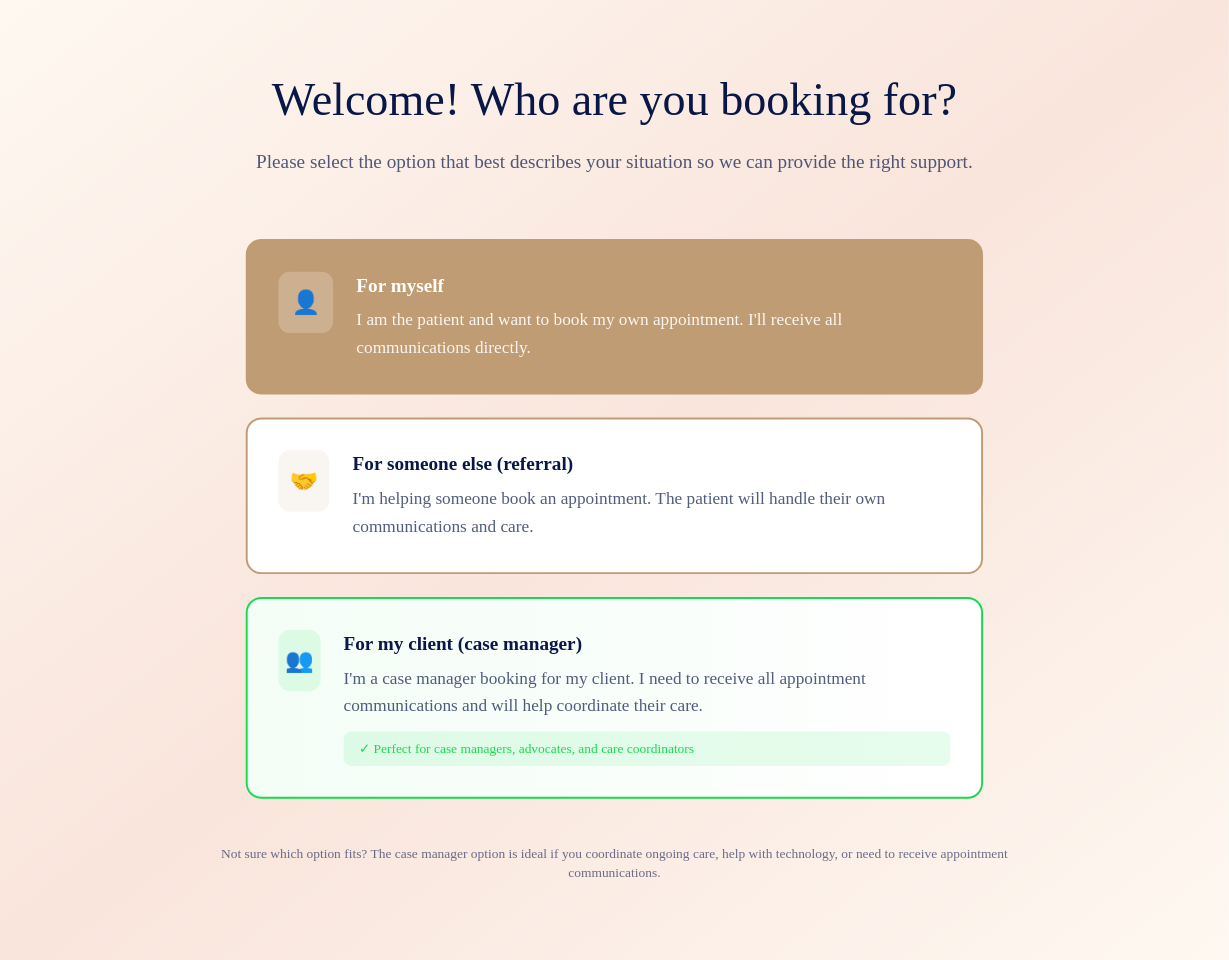
Repository: moonlitpsych/moonlit-scheduler
Page: /
These files come from the project's save history. The page is drawn as it stood at one moment and after the next save; the edit follows.
The browser window is 1280 px wide. The pictures show the whole page, at 96% of full size.
The project was rebuilt for these pictures with package versions that can differ from the ones it lists, and the page was loaded fresh each time. The framework's server and built-in components were replaced by stand-ins that run in the browser. Also part of the build but not shown: next.config.ts, src/components/booking/views/PayerSearchView.tsx, src/components/booking/views/CalendarView.tsx, src/components/booking/views/InsuranceNotAcceptedView.tsx, src/components/booking/views/InsuranceFutureView.tsx, src/components/booking/views/InsuranceInfoView.tsx, src/components/booking/views/ROIView.tsx, src/components/booking/views/ConfirmationView.tsx.

Above is the page before, as saved 2025-07-30 15:35:27.

### src/app/layout.tsx
// src/app/layout.tsx
import type { Metadata } from 'next'
import { Inter } from 'next/font/google'
import './globals.css'

const inter = Inter({ subsets: ['latin'] })

export const metadata: Metadata = {
  title: 'Book with Moonlit Psychiatry',
  description: 'Schedule your appointment with Moonlit Psychiatry - HIPAA-compliant online booking',
}

export default function RootLayout({
  children,
}: {
  children: React.ReactNode
}) {
  return (
    <html lang="en">
      <body className={inter.className}>{children}</body>
    </html>
  )
}

### src/app/page.tsx
// src/app/page.tsx
import BookingFlow from '@/components/booking/BookingFlow'

export default function HomePage() {
  return <BookingFlow />
}

### src/app/globals.css
@tailwind base;
@tailwind components;
@tailwind utilities;

@layer base {
  html {
    font-family: 'Inter', system-ui, sans-serif;
  }

  body {
    @apply bg-stone-50 text-slate-800;
  }
}

@layer components {
  .btn-primary {
    @apply bg-orange-300 hover:bg-orange-400 text-slate-800 font-medium py-3 px-6 rounded-md transition-colors;
  }

  .btn-secondary {
    @apply border-2 border-orange-300 hover:border-orange-400 text-slate-800 font-medium py-3 px-6 rounded-md transition-colors bg-white;
  }

  .form-input {
    @apply w-full bg-white border-2 border-stone-200 rounded-md py-3 px-4 text-slate-800 placeholder-slate-500 focus:outline-none focus:border-orange-300;
  }
}

### src/components/booking/views/WelcomeView.tsx
// src/components/booking/views/WelcomeView.tsx
'use client'

export type BookingScenario = 'self' | 'referral' | 'case-manager'

interface WelcomeViewProps {
    onSelection: (scenario: BookingScenario) => void
}

export default function WelcomeView({ onSelection }: WelcomeViewProps) {
    return (
        <div className="min-h-screen bg-gradient-to-br from-[#FEF8F1] via-[#F6B398]/30 to-[#FEF8F1] flex items-center justify-center px-4">
            <div className="max-w-4xl mx-auto py-20">
                <div className="text-center mb-16">
                    <h1 className="text-5xl font-light text-[#091747] mb-6 font-['Newsreader']">
                        Welcome! Who are you booking for?
                    </h1>
                    <p className="text-xl text-[#091747]/70 max-w-3xl mx-auto leading-relaxed font-['Newsreader']">
                        Please select the option that best describes your situation so we can provide the right support.
                    </p>
                </div>

                <div className="space-y-6 max-w-3xl mx-auto">
                    {/* Self-booking option */}
                    <button
                        onClick={() => onSelection('self')}
                        className="
                            w-full p-8 bg-[#BF9C73] hover:bg-[#B8936A]
                            text-white font-medium text-lg rounded-2xl
                            transition-all duration-300 hover:shadow-xl hover:scale-[1.02]
                            border-2 border-[#BF9C73] hover:border-[#B8936A]
                            text-left font-['Newsreader']
                        "
                    >
                        <div className="flex items-start space-x-6">
                            <div className="w-16 h-16 bg-white/20 rounded-xl flex items-center justify-center">
                                <span className="text-2xl">👤</span>
                            </div>
                            <div>
                                <h3 className="text-xl font-semibold mb-2">For myself</h3>
                                <p className="text-white/90 leading-relaxed">
                                    I am the patient and want to book my own appointment. I'll receive all communications directly.
                                </p>
                            </div>
                        </div>
                    </button>

                    {/* Third-party referral option */}
                    <button
                        onClick={() => onSelection('referral')}
                        className="
                            w-full p-8 bg-white hover:bg-[#FEF8F1]
                            text-[#091747] font-medium text-lg rounded-2xl
                            transition-all duration-300 hover:shadow-xl hover:scale-[1.02]
                            border-2 border-[#BF9C73] hover:border-[#B8936A]
                            text-left font-['Newsreader']
                        "
                    >
                        <div className="flex items-start space-x-6">
                            <div className="w-16 h-16 bg-[#BF9C73]/10 rounded-xl flex items-center justify-center">
                                <span className="text-2xl">🤝</span>
                            </div>
                            <div>
                                <h3 className="text-xl font-semibold mb-2 text-[#091747]">For someone else (referral)</h3>
                                <p className="text-[#091747]/70 leading-relaxed">
                                    I'm helping someone book an appointment. The patient will handle their own communications and care.
                                </p>
                            </div>
                        </div>
                    </button>

                    {/* Case manager option */}
                    <button
                        onClick={() => onSelection('case-manager')}
                        className="
                            w-full p-8 bg-white hover:bg-[#FEF8F1]
                            text-[#091747] font-medium text-lg rounded-2xl
                            transition-all duration-300 hover:shadow-xl hover:scale-[1.02]
                            border-2 border-[#17DB4E] hover:border-[#15C946]
                            text-left font-['Newsreader'] relative overflow-hidden
                        "
                    >
                        {/* Subtle accent gradient for case manager option */}
                        <div className="absolute inset-0 bg-gradient-to-r from-[#17DB4E]/5 to-transparent"></div>
                        <div className="relative flex items-start space-x-6">
                            <div className="w-16 h-16 bg-[#17DB4E]/10 rounded-xl flex items-center justify-center">
                                <span className="text-2xl">👥</span>
                            </div>
                            <div>
                                <h3 className="text-xl font-semibold mb-2 text-[#091747]">For my client (case manager)</h3>
                                <p className="text-[#091747]/70 leading-relaxed mb-3">
                                    I'm a case manager booking for my client. I need to receive all appointment communications
                                    and will help coordinate their care.
                                </p>
                                <div className="bg-[#17DB4E]/10 px-4 py-2 rounded-lg">
                                    <p className="text-sm text-[#17DB4E] font-medium">
                                        ✓ Perfect for case managers, advocates, and care coordinators
                                    </p>
                                </div>
                            </div>
                        </div>
                    </button>
                </div>

                {/* Help text */}
                <div className="mt-12 text-center">
                    <p className="text-[#091747]/60 text-sm font-['Newsreader']">
                        Not sure which option fits? The case manager option is ideal if you coordinate ongoing care,
                        help with technology, or need to receive appointment communications.
                    </p>
                </div>
            </div>
        </div>
    )
}

Loaded but not shown: tailwind.config.js (27 lines, source omitted); src/components/booking/BookingFlow.tsx (347 lines, source omitted)

After the next save:
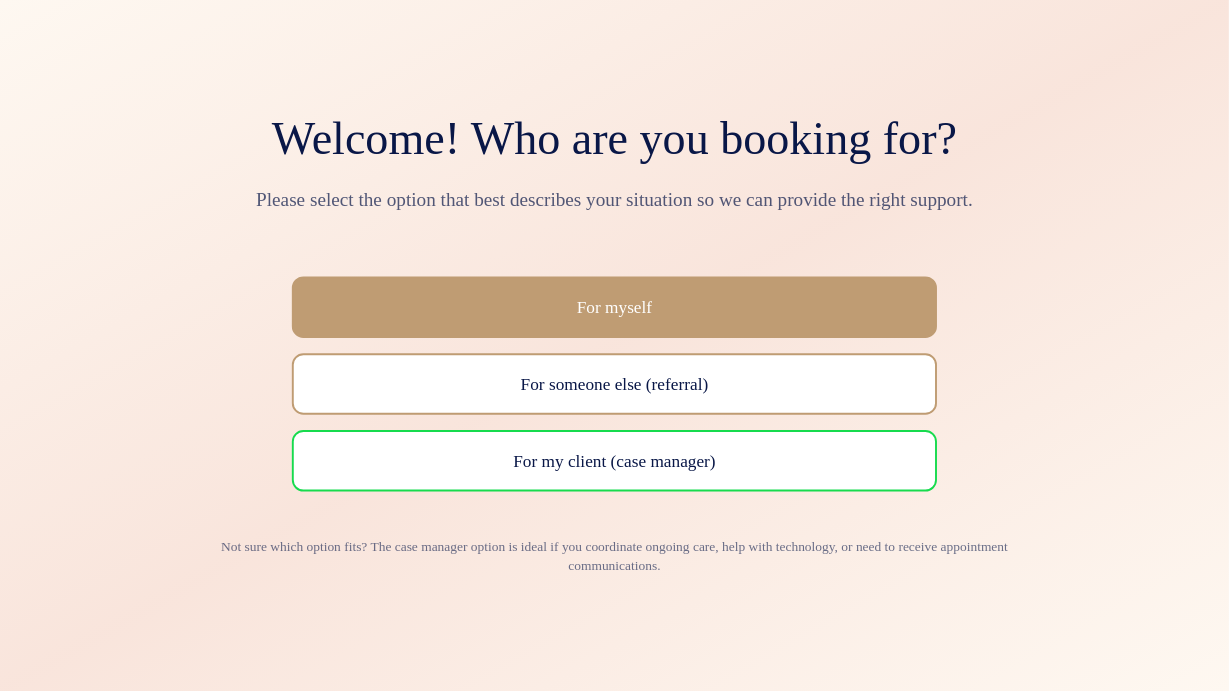
Saved 22 s later.
--- a/src/components/booking/views/WelcomeView.tsx
+++ b/src/components/booking/views/WelcomeView.tsx
@@ -20,85 +20,47 @@ export default function WelcomeView({ onSelection }: WelcomeViewProps) {
                     </p>
                 </div>
 
-                <div className="space-y-6 max-w-3xl mx-auto">
+                <div className="space-y-4 max-w-2xl mx-auto">
                     {/* Self-booking option */}
                     <button
                         onClick={() => onSelection('self')}
                         className="
-                            w-full p-8 bg-[#BF9C73] hover:bg-[#B8936A]
-                            text-white font-medium text-lg rounded-2xl
-                            transition-all duration-300 hover:shadow-xl hover:scale-[1.02]
+                            w-full py-4 px-6 bg-[#BF9C73] hover:bg-[#B8936A]
+                            text-white font-medium text-lg rounded-xl
+                            transition-all duration-200 hover:shadow-lg hover:scale-[1.01]
                             border-2 border-[#BF9C73] hover:border-[#B8936A]
-                            text-left font-['Newsreader']
+                            text-center font-['Newsreader']
                         "
                     >
-                        <div className="flex items-start space-x-6">
-                            <div className="w-16 h-16 bg-white/20 rounded-xl flex items-center justify-center">
-                                <span className="text-2xl">👤</span>
-                            </div>
-                            <div>
-                                <h3 className="text-xl font-semibold mb-2">For myself</h3>
-                                <p className="text-white/90 leading-relaxed">
-                                    I am the patient and want to book my own appointment. I'll receive all communications directly.
-                                </p>
-                            </div>
-                        </div>
+                        For myself
                     </button>
 
                     {/* Third-party referral option */}
                     <button
                         onClick={() => onSelection('referral')}
                         className="
-                            w-full p-8 bg-white hover:bg-[#FEF8F1]
-                            text-[#091747] font-medium text-lg rounded-2xl
-                            transition-all duration-300 hover:shadow-xl hover:scale-[1.02]
+                            w-full py-4 px-6 bg-white hover:bg-[#FEF8F1]
+                            text-[#091747] font-medium text-lg rounded-xl
+                            transition-all duration-200 hover:shadow-lg hover:scale-[1.01]
                             border-2 border-[#BF9C73] hover:border-[#B8936A]
-                            text-left font-['Newsreader']
+                            text-center font-['Newsreader']
                         "
                     >
-                        <div className="flex items-start space-x-6">
-                            <div className="w-16 h-16 bg-[#BF9C73]/10 rounded-xl flex items-center justify-center">
-                                <span className="text-2xl">🤝</span>
-                            </div>
-                            <div>
-                                <h3 className="text-xl font-semibold mb-2 text-[#091747]">For someone else (referral)</h3>
-                                <p className="text-[#091747]/70 leading-relaxed">
-                                    I'm helping someone book an appointment. The patient will handle their own communications and care.
-                                </p>
-                            </div>
-                        </div>
+                        For someone else (referral)
                     </button>
 
                     {/* Case manager option */}
                     <button
                         onClick={() => onSelection('case-manager')}
                         className="
-                            w-full p-8 bg-white hover:bg-[#FEF8F1]
-                            text-[#091747] font-medium text-lg rounded-2xl
-                            transition-all duration-300 hover:shadow-xl hover:scale-[1.02]
+                            w-full py-4 px-6 bg-white hover:bg-[#FEF8F1]
+                            text-[#091747] font-medium text-lg rounded-xl
+                            transition-all duration-200 hover:shadow-lg hover:scale-[1.01]
                             border-2 border-[#17DB4E] hover:border-[#15C946]
-                            text-left font-['Newsreader'] relative overflow-hidden
+                            text-center font-['Newsreader']
                         "
                     >
-                        {/* Subtle accent gradient for case manager option */}
-                        <div className="absolute inset-0 bg-gradient-to-r from-[#17DB4E]/5 to-transparent"></div>
-                        <div className="relative flex items-start space-x-6">
-                            <div className="w-16 h-16 bg-[#17DB4E]/10 rounded-xl flex items-center justify-center">
-                                <span className="text-2xl">👥</span>
-                            </div>
-                            <div>
-                                <h3 className="text-xl font-semibold mb-2 text-[#091747]">For my client (case manager)</h3>
-                                <p className="text-[#091747]/70 leading-relaxed mb-3">
-                                    I'm a case manager booking for my client. I need to receive all appointment communications
-                                    and will help coordinate their care.
-                                </p>
-                                <div className="bg-[#17DB4E]/10 px-4 py-2 rounded-lg">
-                                    <p className="text-sm text-[#17DB4E] font-medium">
-                                        ✓ Perfect for case managers, advocates, and care coordinators
-                                    </p>
-                                </div>
-                            </div>
-                        </div>
+                        For my client (case manager)
                     </button>
                 </div>
 
